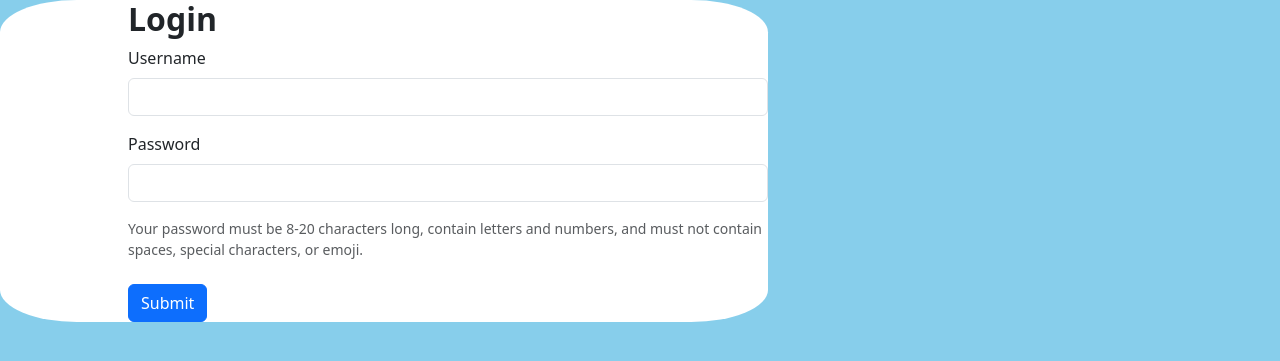
Repository: sarathraj2002/todo-list
Page: login.html
These files come from the project's save history. The page is drawn as it stood at one moment and after a run of saves; the edit follows.
The browser window is 1280 px wide. The pictures show the whole page.

Above is the page before, as saved 2024-09-05 11:11:03.

After the next 2 saves:
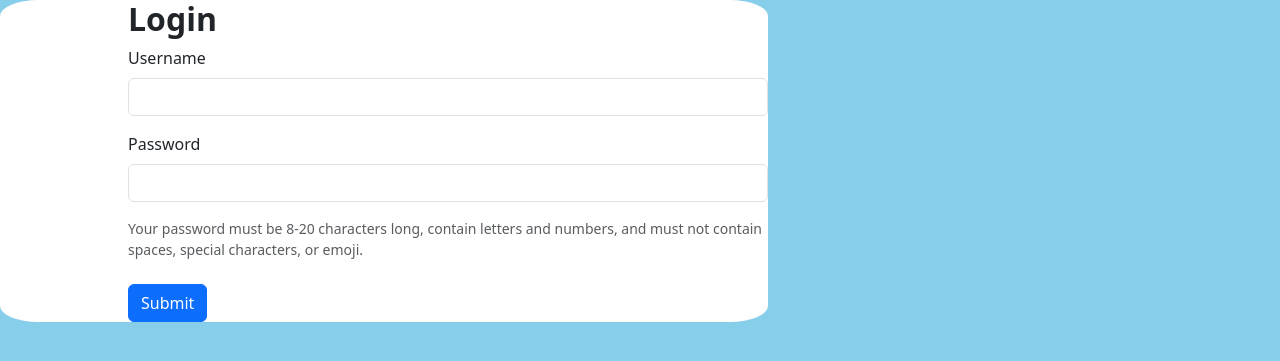
The 2 saves are shown as one change because they came seconds apart.
The last was saved 11 s later.
--- a/style.css
+++ b/style.css
@@ -12,6 +12,6 @@ body{
     width: 60%;
     border-color:black;
     padding-left: 10%;
-    border-radius: 10%;
+    border-radius: 5%;
     background-color: white;
 }
